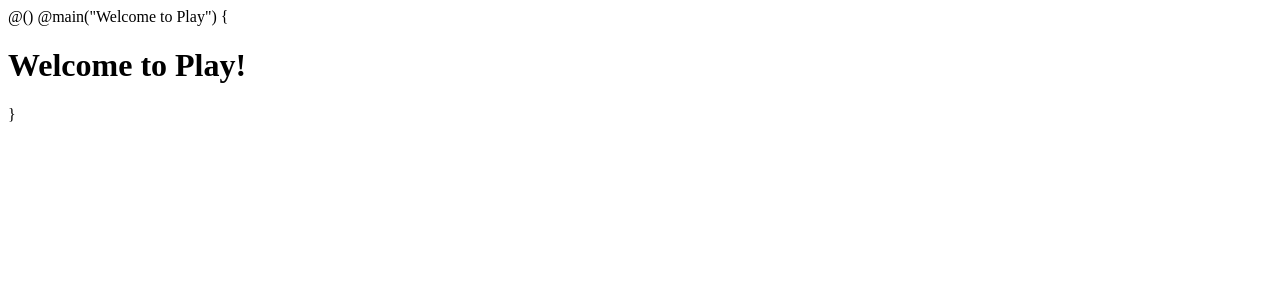
Repository: Avinukas/InTime
Page: intime/app/views/index.scala.html
The author's editor kept a copy of each file at every save. The page is drawn from the files as they stood at one save, then again after the next save.
The browser window is 1280 px wide. The pictures show the whole page.

Above is the page before, as saved 2018-05-16 15:31:12.

### intime/app/views/index.scala.html
@()

@main("Welcome to Play") {
  <h1>Welcome to Play!</h1>

}

After the next save:
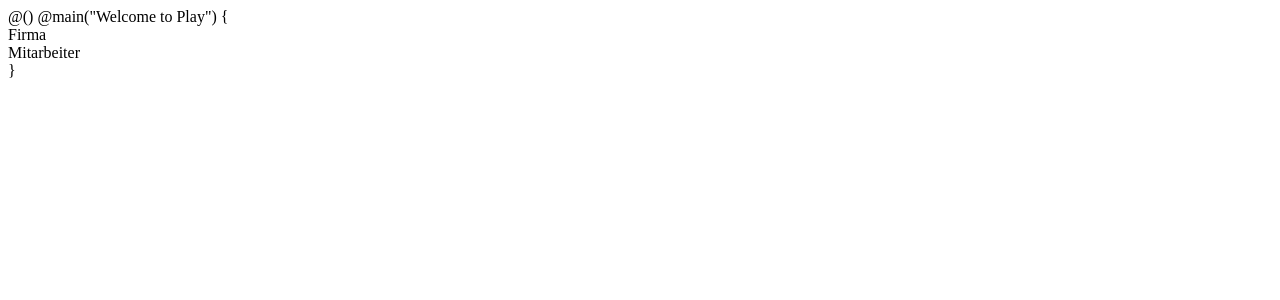
Saved 9 min 42 s later.
--- a/intime/app/views/index.scala.html
+++ b/intime/app/views/index.scala.html
@@ -1,6 +1,9 @@
 @()
 
 @main("Welcome to Play") {
-  <h1>Welcome to Play!</h1>
+  <section class="container">
+    <div class="one"> Firma</div>
+    <div class="two"> Mitarbeiter</div>
+</section>
 
 }
